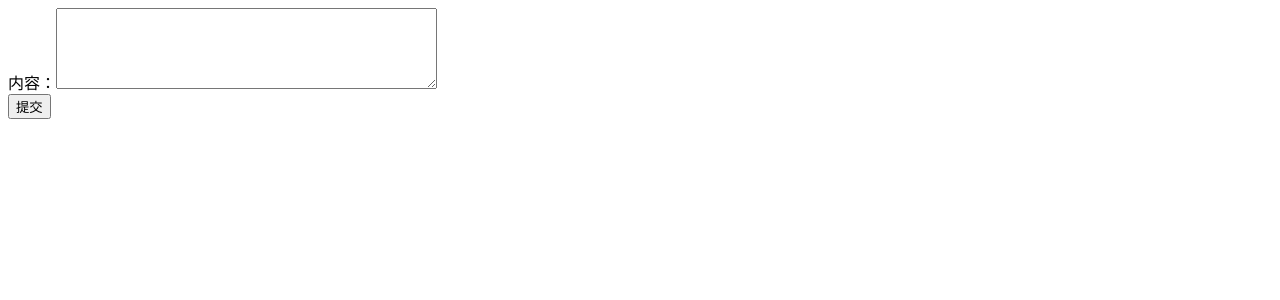
Repository: yonghuisu/THUVote
Page: LocalProject/Application/Home/View/message/add.html
These files come from the project's save history. The page is drawn as it stood at one moment and after the next save; the edit follows.
The browser window is 1280 px wide. The pictures show the whole page.

Above is the page before, as saved 2014-04-16 03:16:11.

After the next save:
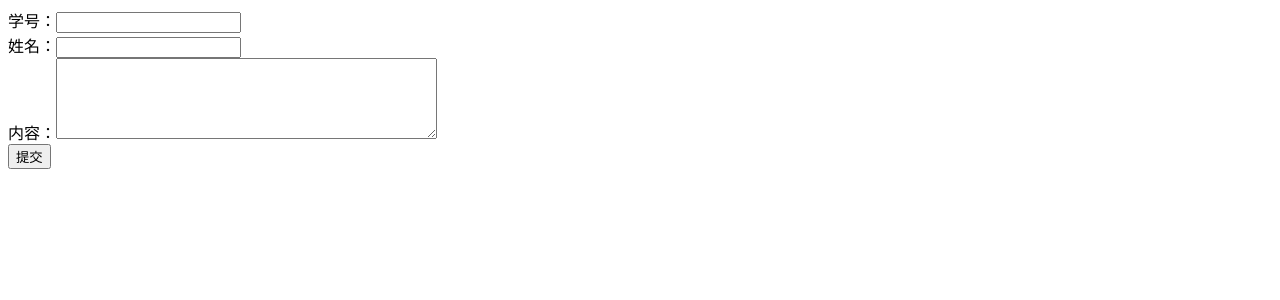
Saved 21 s later.
--- a/LocalProject/Application/Home/View/message/add.html
+++ b/LocalProject/Application/Home/View/message/add.html
@@ -1,4 +1,6 @@
 <FORM method="post" action="__URL__/LeaveMessage">
+学号：<INPUT type="text" name="student_no"><br/>
+姓名：<INPUT type="text" name="student_name"><br/>
 内容：<TEXTAREA name="content" rows="5" cols="45"></TEXTAREA><br/>
  <INPUT type="submit" value="提交">
  </FORM>
